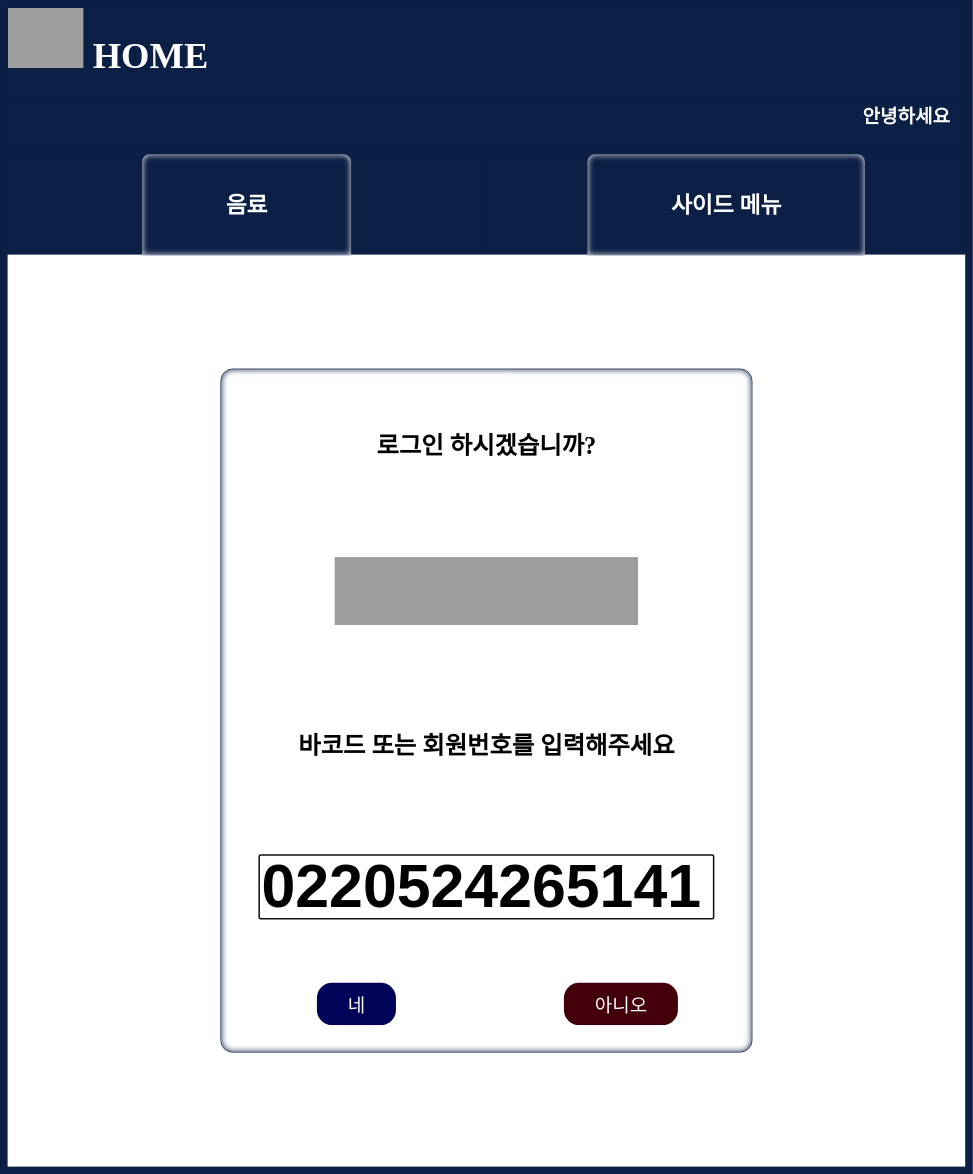
Repository: DevJoeYC/Metabukcs
Page: http://localhost/metabucks/KIOSK/login.jsp
The author's editor kept a copy of each file at every save. The page is drawn from the files as they stood at one save, then again after the next save.
The browser window is 1280 px wide. The pictures show the whole page, at 76% of full size.
Pictures or frames that could not be fetched are drawn as grey boxes. The page is served by Tomcat 9.

Above is the page before, as saved 2022-05-27 06:19:11.

After the next save:
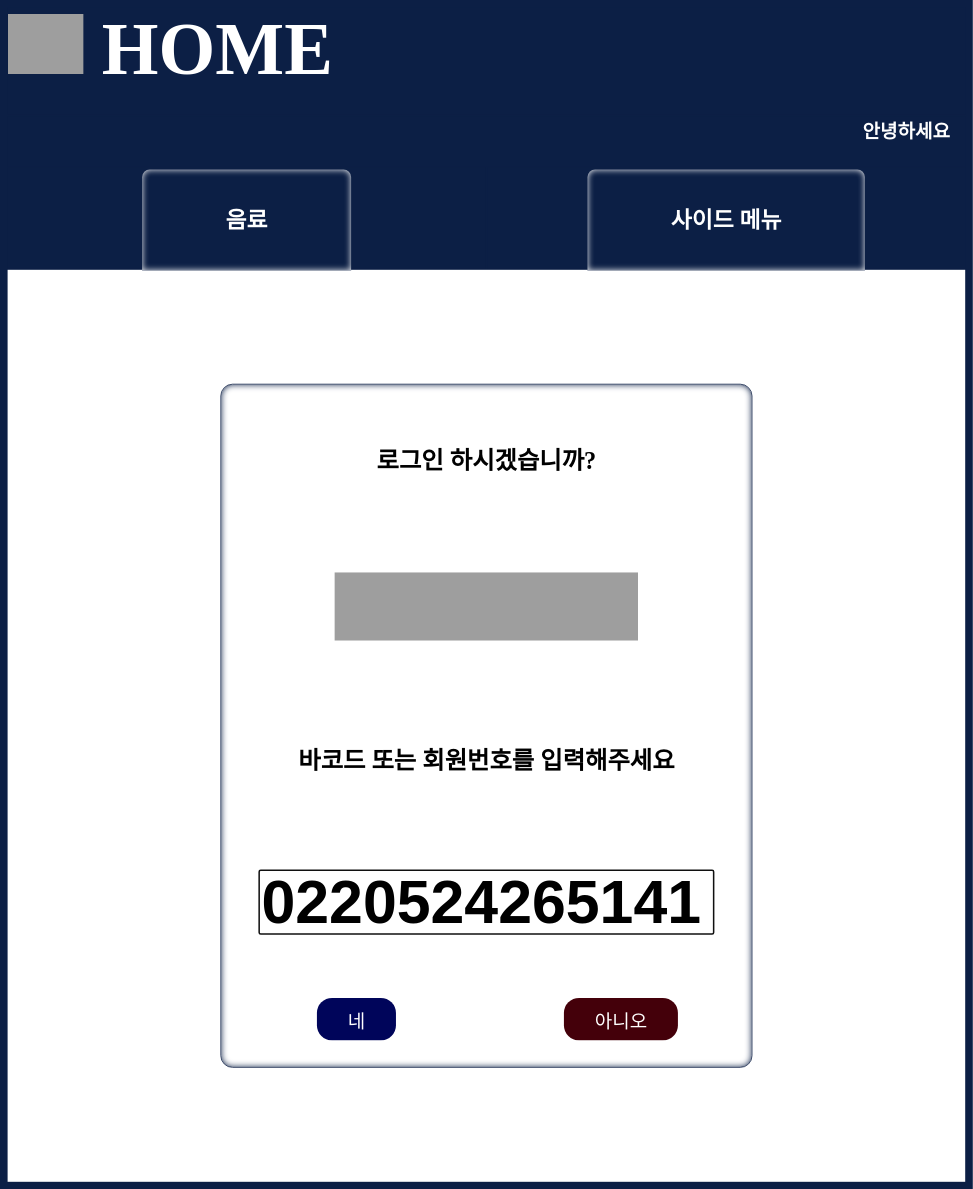
Saved 12 s later.
--- a/metabucks/WebContent/KIOSK/includes/head.jsp
+++ b/metabucks/WebContent/KIOSK/includes/head.jsp
@@ -23,7 +23,7 @@
 	<body>
 		<table border=0  style="width:100%;">
 			<tr>
-				<td id="bar" colspan="2" style="text-align:left;padding:0px 0px 30px 0px; font-size:3rem;">
+				<td id="bar" colspan="2" style="text-align:left;padding:0px 0px 30px 0px; font-size:6rem;">
 					<a style="color: white;text-decoration:none;" href="index.jsp">
 					<img src="images/CoffeeLogo.png" height="80px" width="100px">
 					HOME &nbsp;
